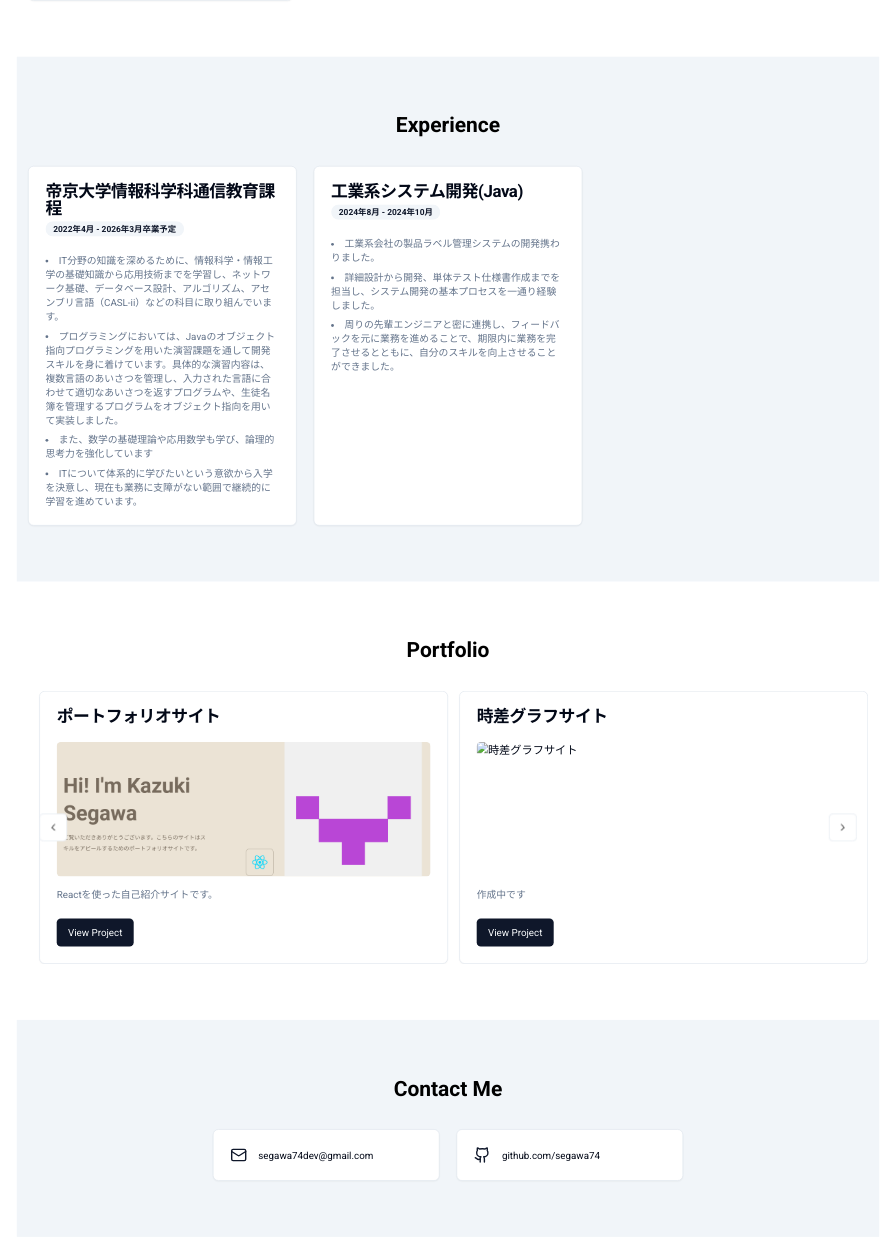
Repository: segawa74/SegawaSite
Page: /
These files come from the project's save history. The page is drawn as it stood at one moment and after a run of saves; the edit follows.
The browser window is 1280 px wide. The pictures show the part of the page from y = 1060 to 2980 px (the page is 2827 px tall before and 2980 px after), at 70% of full size.
The project was rebuilt for these pictures with package versions that can differ from the ones it lists, and the page was loaded fresh each time. Also part of the build but not shown: vite.config.ts.

Above is the page before, as saved 2024-10-24 10:14:22.

After the next 3 saves:
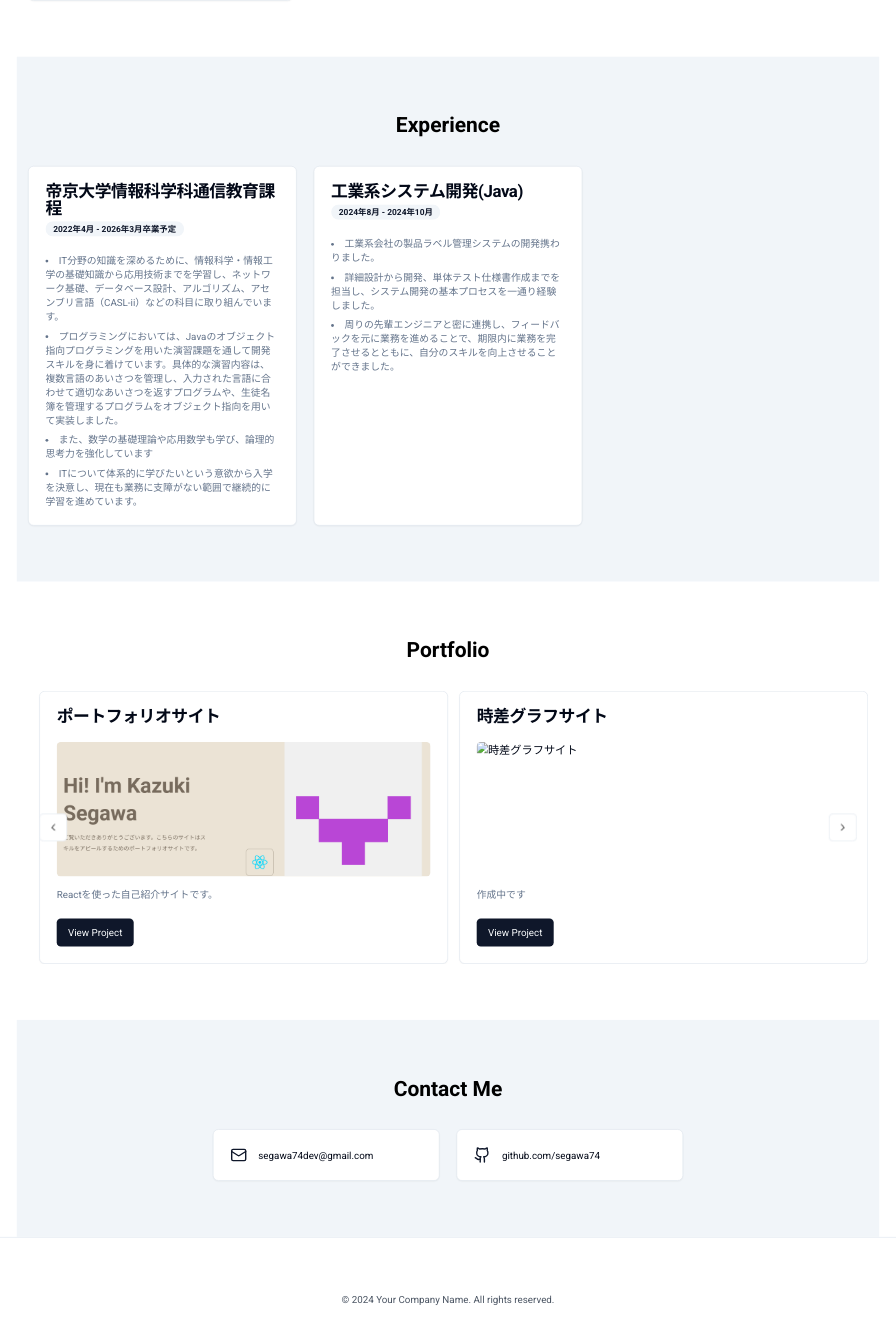
The 3 saves are shown as one change because 2 did not build or start.
The last was saved 7 min 41 s later.
--- a/src/components/Footer/Footer.tsx
+++ b/src/components/Footer/Footer.tsx
@@ -1,5 +1,18 @@
+import { Separator } from "@/components/ui/separator";
+
 const Footer: React.FC = () => {
-  return <div className="footer"></div>;
+  return (
+    <footer className="bg-white text-gray-600">
+      <Separator className="mb-6" />
+      <div className="container mx-auto px-4 py-8">
+        <div className="flex justify-center items-center h-16">
+          <p className="text-sm">
+            &copy; 2024 Your Company Name. All rights reserved.
+          </p>
+        </div>
+      </div>
+    </footer>
+  );
 };
 
 export default Footer;
